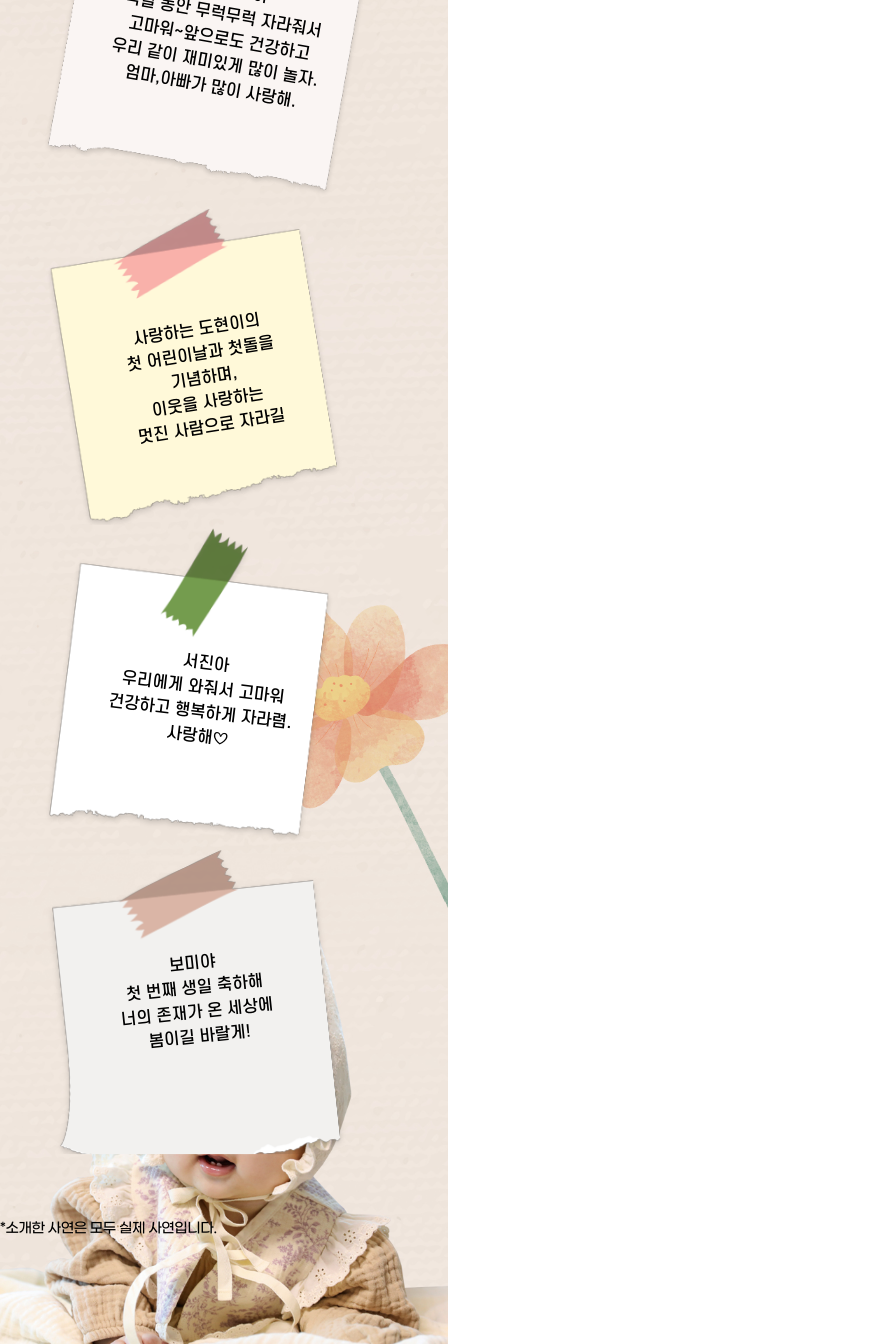
Repository: dlgywls1130/save_children_m
Page: index.html
These files come from the project's save history. The page is drawn as it stood at one moment and after the next save; the edit follows.
The browser window is 1280 px wide. The pictures show the part of the page from y = 1634 to 3554 px (the page is 9658 px tall), at 70% of full size.

Above is the page before, as saved 2023-12-13 19:07:33.

After the next save:
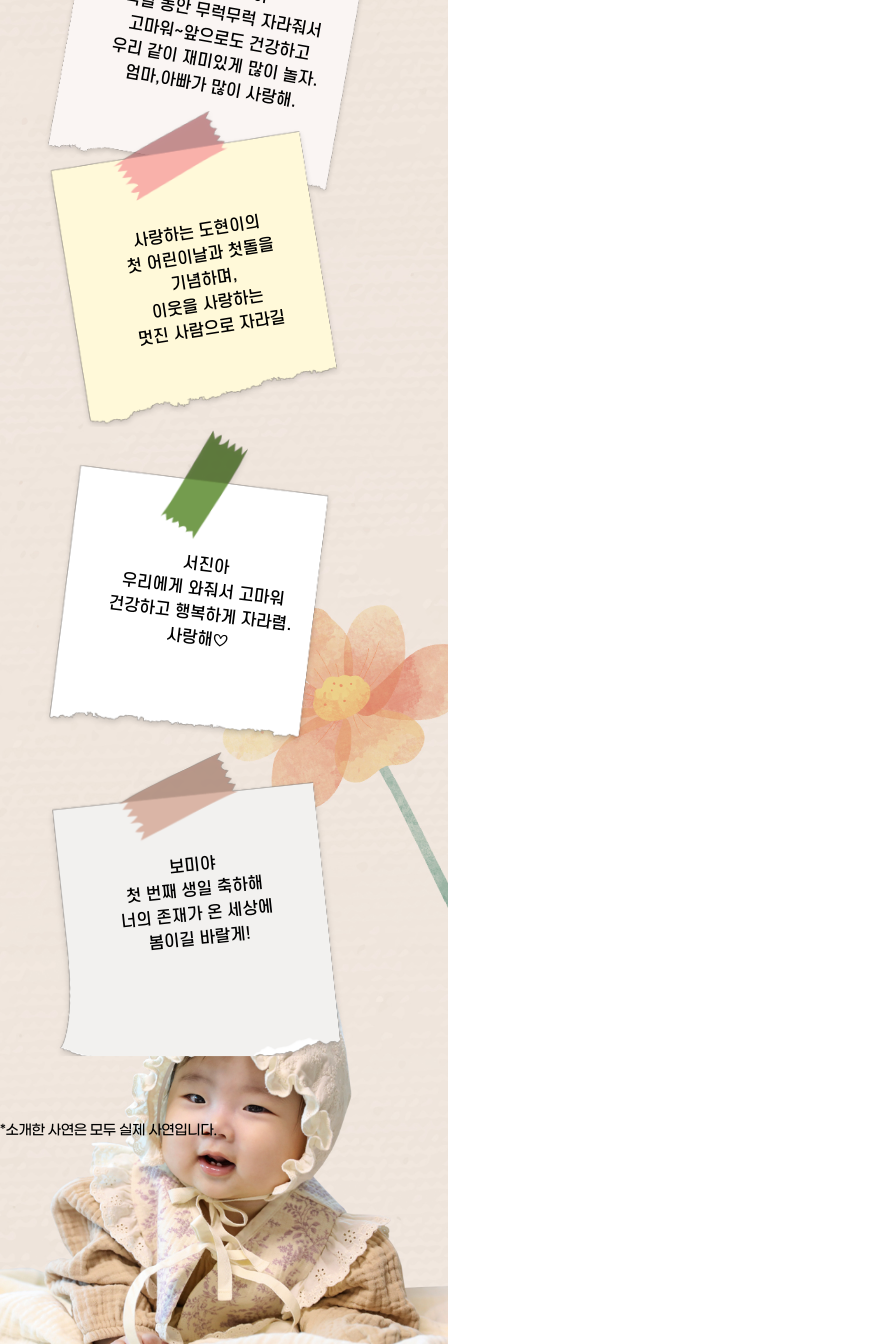
Saved 53 s later.
--- a/css/style.css
+++ b/css/style.css
@@ -315,6 +315,7 @@
     height: 460px;
     background-size: contain;
     box-sizing: border-box;
+    margin-top: -22%;
 }
 
 .postit05 p{
